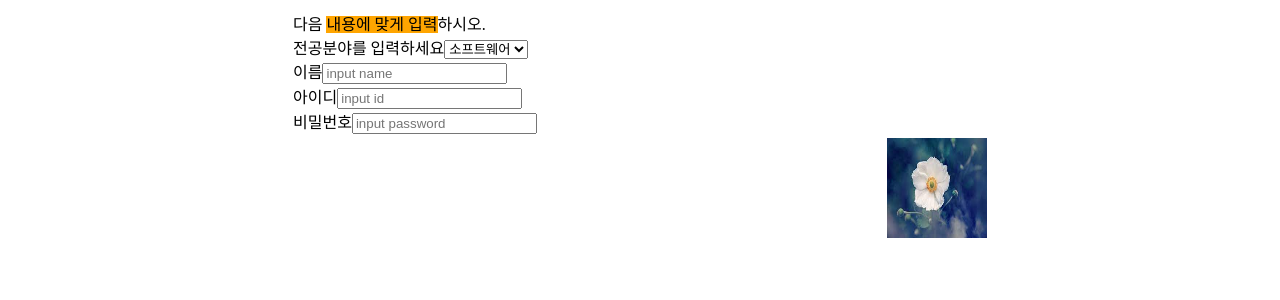
Repository: jwlee0714/HTML
Page: html/quiz-설문조사.html
An editor plug-in stored every save of this project. The page is shown before and after the next save, followed by the edit.
The browser window is 1280 px wide. The pictures show the whole page.

Above is the page before, as saved 2021-10-05 08:31:59.

After the next save:
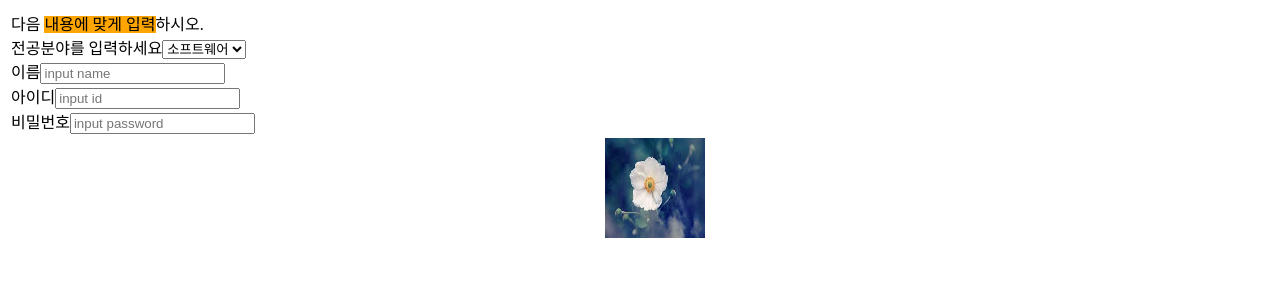
Saved 44 s later.
--- a/html/quiz-설문조사.html
+++ b/html/quiz-설문조사.html
@@ -6,7 +6,7 @@
 </head>
 <body>
 
-	<table align="center" bgcolor="white" width="700" >
+	<table align="width" bgcolor="white" width="700" >
 
 	<tr>
 			<td width="200">
